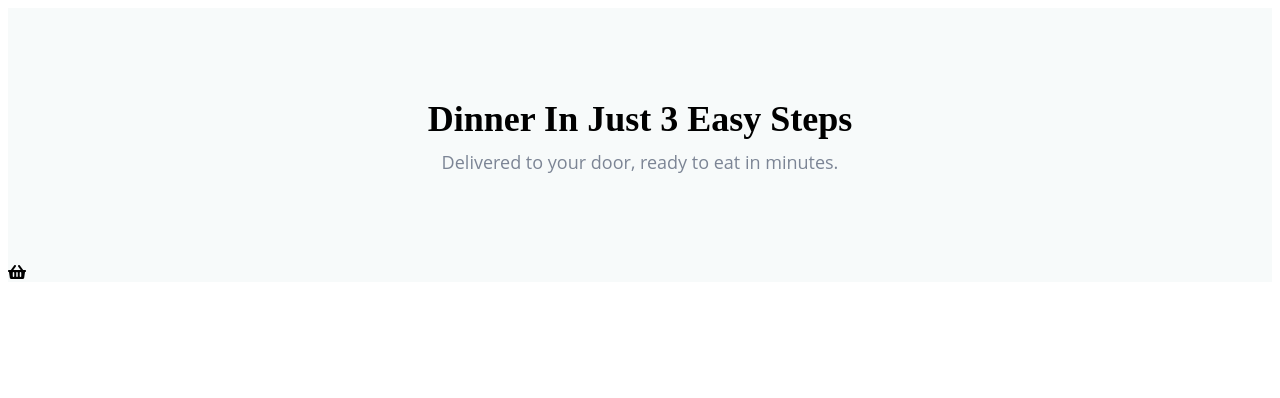
Repository: ST-United-Internship/leadpage
Page: icons-UI.html
These files come from the project's save history. The page is drawn as it stood at one moment and after the next save; the edit follows.
The browser window is 1280 px wide. The pictures show the whole page.

Above is the page before, as saved 2023-03-15 09:43:04.

### icons-UI.html
<!DOCTYPE html>
<html lang="en">
<head>
    <meta charset="UTF-8">
    <meta http-equiv="X-UA-Compatible" content="IE=edge">
    <meta name="viewport" content="width=device-width, initial-scale=1.0">
    <title>Document</title>
    <link rel="stylesheet" href="css/icons-UI.css">
    <link rel="stylesheet" href="https://use.fontawesome.com/releases/v5.15.4/css/all.css" integrity="sha384-DyZ88mC6Up2uqS4h/KRgHuoeGwBcD4Ng9SiP4dIRy0EXTlnuz47vAwmeGwVChigm" crossorigin="anonymous"/>
</head>
<body>
    <div class="about">
        <div class="title-text">
            <h2>Dinner In Just 3 Easy Steps</h2>
            <p>Delivered to your door, ready to eat in minutes.</p>
        </div>
        <div class="icons-warapper">
            <div class="icon-1">
                <div class="main">
                    <i></i>
                    <i class="fas fa-shopping-basket"></i>
                </div>
            </div>
            <div></div>
            <div></div>
        </div>
    </div>
</body>
</html>

### css/icons-UI.css
.about{
    background-color: #f7fafa;
}

.about .title-text{
    text-align: center;
    padding: 90px;
}

.about .title-text h2{
    font-size: 36px;
    margin: 0px 0px 10px 0px;
}

.about .title-text p{
    font-size: 18px;
    font-family: 'Open Sans', sans-serif;
    margin: 0;
    font-weight: 400;
    color: #7c8595;
}

After the next save:
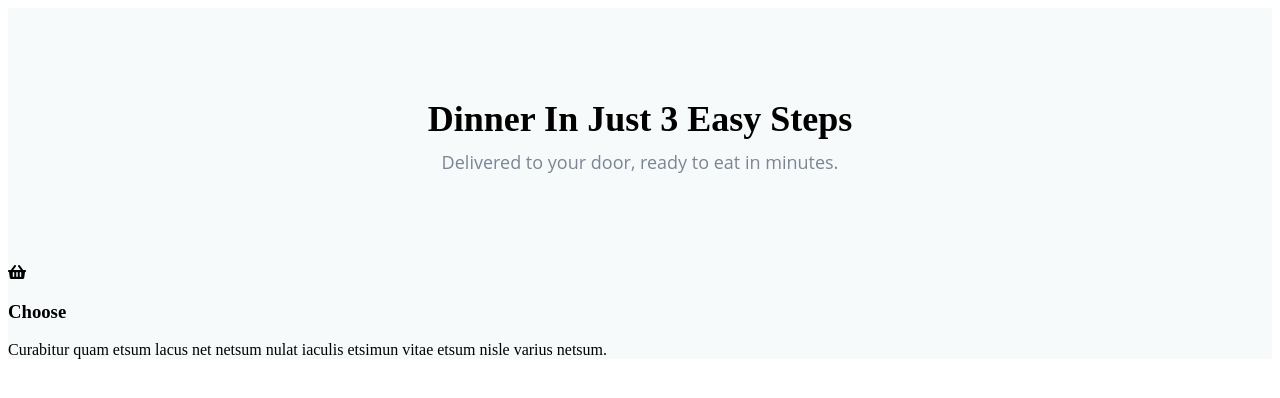
Saved 38 s later.
--- a/icons-UI.html
+++ b/icons-UI.html
@@ -17,8 +17,9 @@
         <div class="icons-warapper">
             <div class="icon-1">
                 <div class="main">
-                    <i></i>
                     <i class="fas fa-shopping-basket"></i>
+                    <h3>Choose</h3>
+                    <p>Curabitur quam etsum lacus net netsum nulat iaculis etsimun vitae etsum nisle varius netsum.</p>
                 </div>
             </div>
             <div></div>
